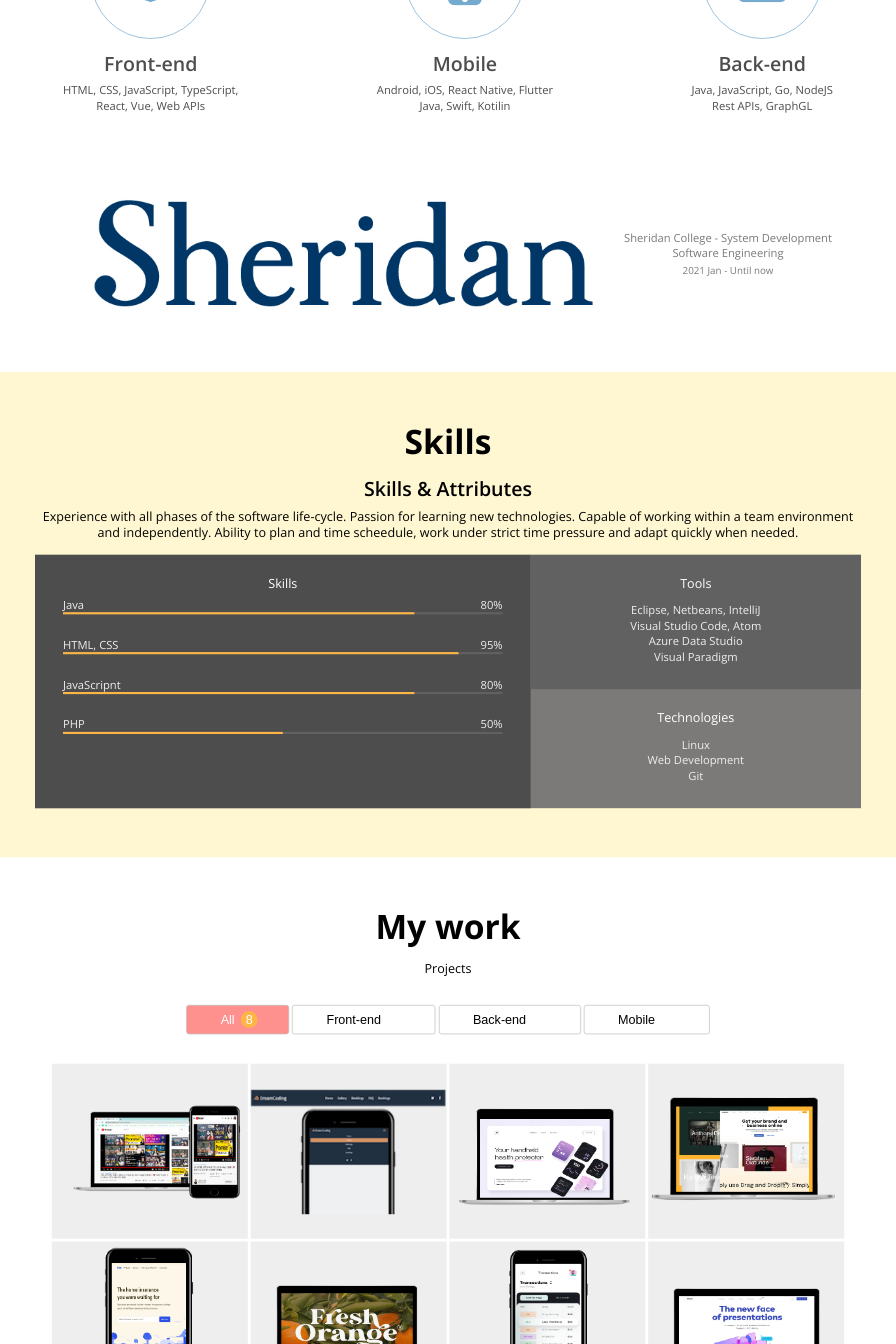
Repository: jennyjjung/portfolio.v0
Page: index.html
The author's editor kept a copy of each file at every save. The page is drawn from the files as they stood at one save, then again after the next save.
The browser window is 1280 px wide. The pictures show the part of the page from y = 1101 to 3021 px (the page is 4226 px tall before and 4039 px after), at 70% of full size.
Some web libraries are served in a nearby version.

Above is the page before, as saved 2022-02-28 11:58:58.

### index.html
<!DOCTYPE html>
<html lang="en">

<head>
  <meta charset="UTF-8">
  <meta http-equiv="X-UA-Compatible" content="IE=edge">
  <meta name="viewport" content="width=device-width, initial-scale=1.0">
  <title>Jenny's Portfolio</title>
  <meta name="description" content="Portfolio for world-renowned software engineer Jenny">
  <meta nema="author" content="Jenny">
  <link rel="icon" type="image/png" href="imgs/favicon.png" />
  <script src="https://kit.fontawesome.com/3a426e8432.js" crossorigin="anonymous"></script>
  <link rel="preconnect" href="https://fonts.googleapis.com">
  <link rel="preconnect" href="https://fonts.gstatic.com" crossorigin>
  <link href="https://fonts.googleapis.com/css2?family=Open+Sans:wght@400;600;700&display=swap" rel="stylesheet">
  <link rel="stylesheet" href="style.css" />
  <script src="main.js" defer></script>
</head>

<body>
  <!-- Navbar -->
  <nav id="navbar">
    <div class="navbar__logo">
      <i class="fab fa-diaspora"></i>
      <a href="#">Jenny</a>
    </div>
    <div class="navbar__menu">
        <li class="navbar__menu__item active" data-link="#home">Home</li>
        <li class="navbar__menu__item" data-link="#about">About</li>
        <li class="navbar__menu__item" data-link="#skills">Skills</li>
        <li class="navbar__menu__item" data-link="#work">My Work</li>
        <li class="navbar__menu__item" data-link="#testimonials">Testimonial</li>
        <li class="navbar__menu__item" data-link="#contact">Contact</li>
    </div>

    <!-- Toggel button -->
    <button class="navbar__toggle-btn">
      <i class="fas fa-bars"></i>
    </button>



  </nav>

  <!-- Home -->
  <section id="home">
    <div class= "home__container">
      <img src="imgs/profile.png" alt="Jenny's profile photo" class="home__avartar">
      <h1 class="home__title">Hello, <br>I am a Dream Coder!</h1>
      <h2 class="home__description">A Software Engineer currently residing in Ontario, Canada.</h2>
      <button class="home__contact">Contact Me</button>
    </div>
  </section>

  <!-- About -->
  <section id="about" class="section section__container">
    <h1>About me</h1>
    <p>
      Lorem ipsum dolor sit amet, consectetur adipisicing elit. Reiciendis, sit ex eos deserunt suscipit nobis
      aspernatur iste laudantium quibusdam aut, error iusto porro ut fuga corporis quis expedita, odit beatae?
    </p>
    <div class="about__majors">
      <div class="major">
        <div class="major__icon">
          <i class="fab fa-css3-alt"></i>
        </div>
        <h2 class="major__title">Front-end</h2>
        <div class="major__description">HTML, CSS, JavaScript, TypeScript, <br>React, Vue, Web APIs</div>
      </div>
      <div class="major">
        <div class="major__icon">
          <i class="fas fa-mobile-alt"></i>
        </div>
        <h2 class="major__title">Mobile</h2>
        <div class="major__description">Android, iOS, React Native, Flutter<br>Java, Swift, Kotilin</div>
      </div>
      <div class="major">
        <div class="major__icon">
          <i class="fas fa-server"></i>
        </div>
        <h2 class="major__title">Back-end</h2>
        <div class="major__description">Java, JavaScript, Go, NodeJS<br>Rest APIs, GraphGL</div>
      </div>
    </div>
    <div class="about__org">
      <div class="org">
        <img src="imgs/Sheridan_College_Logo.png" alt="Sheridan College" class="org__logo">
        <div class="job__description">
          <p class="org__name">Sheridan College - System Development Software Engineering</p>
          <p class="org__period">2021 Jan - Until now</p>
        </div>
      </div>
    </div>
  </section>

  <!-- Skills -->
  <section id="skills" class="section">
    <div class="section__container">
      <h1>Skills</h1>
      <h2>Skills & Attributes</h2>
      <p>
        Experience with all phases of the software life-cycle. Passion for learning new technologies. Capable of working
        within a team environment and independently. Ability to plan and time scheedule, work under strict time pressure
        and adapt quickly when needed.
      </p>

      <div class="skillset">
        <div class="skillset__left">
          <h3 class="skillset_title">Skills</h3>
          <div class="skill">
            <div class="skill_description">
              <span>Java</span>
              <span>80%</span>
            </div>
            <div class="skill__bar">
              <div class="skill__value" style="width:80%;"></div>
            </div>
          </div>
          <div class="skill">
            <div class="skill_description">
              <span>HTML, CSS</span>
              <span>95%</span>
            </div>
            <div class="skill__bar">
              <div class="skill__value" style="width:90%;"></div>
            </div>
          </div>
          <div class="skill">
            <div class="skill_description">
              <span>JavaScripnt</span>
              <span>80%</span>
            </div>
            <div class="skill__bar">
              <div class="skill__value" style="width:80%;"></div>
            </div>
          </div>
          <div class="skill">
            <div class="skill_description">
              <span>PHP</span>
              <span>50%</span>
            </div>
            <div class="skill__bar">
              <div class="skill__value" style="width:50%;"></div>
            </div>
          </div>
        </div>

        <div class="skillset__right">
          <div class="tools">
            <h3 class="skillset_title">Tools</h3>
            <ul class="tools__list">
              <li><span>Eclipse, Netbeans, IntelliJ</span></li>
              <li><span>Visual Studio Code, Atom</span></li>
              <li><span>Azure Data Studio</span></li>
              <li><span>Visual Paradigm</span></li>
            </ul>
          </div>
          <div class="technologies">
            <h3 class="skillset_title">Technologies</h3>
            <ul class="tools__list">
              <li><span>Linux</span></li>
              <li><span>Web Development</span></li>
              <li><span>Git</span></li>
            </ul>
          </div>
        </div>
      </div>
    </div>
  </section>

  <!-- Work -->
  <section id="work" class="section">
    <div class="section__container">
      <h1>My work</h1>
      <h3>Projects</h3>
      <div class="work__categories">
        <button class="category__btn selected" data-filter="*">All <span class="category__count">8</span></button>
        <button class="category__btn" data-filter="front-end">Front-end <span class="category__count">3</span></button>
        <button class="category__btn" data-filter="back-end">Back-end <span class="category__count">3</span></button>
        <button class="category__btn" data-filter="mobile">Mobile <span class="category__count">2</span></button>
      </div>

      <div class="work__projects">
        <a href="#" class="project" target="blank" data-type="front-end">
          <img class="project__img" src="imgs/projects/project1.png" alt="project1">
          <div class="project__description">
            <h3>Youtube Site</h3>
            <span>Clone coding with HTML and CSS</span>
          </div>
        </a>


        <a href="#" class="project" target="blank" data-type="back-end">
          <img class="project__img" src="imgs/projects/project2.png" alt="project2">
          <div class="project__description">
            <h3>project2</h3>
            <span>Clone coding with HTML and CSS</span>
          </div>
        </a>

        <a href="#" class="project" target="blank" data-type="front-end">
          <img class="project__img" src="imgs/projects/project3.png" alt="project3">
          <div class="project__description">
            <h3>project3</h3>
            <span>Clone coding with HTML and CSS</span>
          </div>
        </a>

        <a href="#" class="project" target="blank" data-type="back-end">
          <img class="project__img" src="imgs/projects/project4.png" alt="project4">
          <div class="project__description">
            <h3>project4</h3>
            <span>Clone coding with HTML and CSS</span>
          </div>
        </a>

        <a href="#" class="project" target="blank" data-type="mobile">
          <img class="project__img" src="imgs/projects/project5.png" alt="project5">
          <div class="project__description">
            <h3>project5</h3>
            <span>Clone coding with HTML and CSS</span>
          </div>
        </a>


        <a href="#" class="project" target="blank" data-type="front-end">
          <img class="project__img" src="imgs/projects/project6.png" alt="project6">
          <div class="project__description">
            <h3>project6</h3>
            <span>Clone coding with HTML and CSS</span>
          </div>
        </a>


        <a href="#" class="project" target="blank" data-type="mobile">
          <img class="project__img" src="imgs/projects/project7.png" alt="project7">
          <div class="project__description">
            <h3>project7</h3>
            <span>Clone coding with HTML and CSS</span>
          </div>
        </a>


        <a href="#" class="project" target="blank" data-type="back-end">
          <img class="project__img" src="imgs/projects/project8.png" alt="project8">
          <div class="project__description">
            <h3>project8</h3>
            <span>Clone coding with HTML and CSS</span>
          </div>
        </a>
      </div>
    </div>
  </section>

  <!-- Testimonials -->
  <section id="testimonials" class="section">
    <div class="section__container">
      <h1>Testimonials</h1>
      <h3>See what they say about me</h3>
      <div class="testimonials">
        <div class="testimonial">
          <img src="imgs/testimonial/bob.jpg" alt="People" class="testimonial__avatar">
          <div class="testimonial__speech-bubble">
            <p>Lorem ipsum dolor sit amet consectetur adipisicing elit. Laboriosam, labore rem? Totam, vitae. Explicabo accusantium fuga, blanditiis dicta placeat ducimus delectus incidunt atque illo debitis nemo exercitationem animi consequatur rerum.</p>
            <p class="name"><a href="#">Ellie </a>/ Samsung</p>
          </div>
        </div>
      </div>

      <div class="testimonials">
        <div class="testimonial">
          <div class="testimonial__speech-bubble">
            <p>Lorem ipsum dolor sit amet consectetur adipisicing elit. Laboriosam, labore rem? Totam, vitae. Explicabo accusantium fuga, blanditiis dicta placeat ducimus delectus incidunt atque illo debitis nemo exercitationem animi consequatur rerum.</p>
            <p class="name"><a href="#">Chris </a>/ Samsung</p>
          </div>
          <img src="imgs/testimonial/bob.jpg" alt="People" class="testimonial__avatar">
        </div>
      </div>
    </div>

  </section>

  <!-- Contact -->
  <section id="contact" class="section">
    <h1 class="contact__title">Let's talk</h1>
    <h2 class="contact__email">jungjuyo@sheridancollege.ca</h2>
    <div class="contact__links">
      <a href="https://github.com/jennyjjung" target="_blank">
        <i class="fa fa-github"></i>
      </a>
      <a href="https://www.linkedin.com/in/jennyjjung" target="_blank">
        <i class="fa fa-linkedin-square"></i>
      </a>
    </div>
    <p class="contact__rights">2021 Jenny Juyoung Jung - All reights reserved</p>
  </section>

  <!-- Arrow up-->
  <button class="arrow-up">
    <i class="fa-solid fa-arrow-up"></i>
  </button>
</body>

</html>

### style.css
/* Global */
:root {
  /* Color */
  --color-white: #ffffff;
  --color-light-white: #eeeeee;
  --color-dark-white: #bdbdbd;
  --color-pink: #fe918d;
  --color-dark-pink: #ff6863;
  --color-dark-grey: #4d4d4d;
  --color-grey: #616161;
  --color-light-grey: #7c7979;
  --color-blue: #73aace;
  --color-yellow: #fff7d1;
  --color-orange: #feb546;
  --color-black: #000000;

  /* Font weight */
  --weight-bold: 700;
  --weight-semi-bold: 600;
  --weight-regular: 400;

  /* Font Size */
  --font-large: 48px;
  --font-medium: 28px;
  --font-regular: 18px;
  --font-small: 16px;
  --font-micro: 14px;

  /* Size */
  --size-border-radius: 4px;

  /* Animation */
  --animation-duration: 300ms;
}

/* Universal tags */
* {
  box-sizing: border-box;
}

body {
  margin: 0;
  font-family: "Open Sans", sans-serif;
  cursor: default;
}

a {
  text-decoration: none;
  color: var(--color-white);
}

ul {
  list-style: none;
  padding-left: 0;
}

li {
  list-style: none;
}

button {
  background-color: transparent;
  cursor: pointer;
  border: none;
  outline: none;
}

/* Typography */
h1 {
  font-size: var(--font-large);
  font-weight: var(--weight-bold);
  color: var(--color-black);
  margin: 16px 0px;
}

h2 {
  font-size: var(--font-medium);
  font-weight: var(--weight-semi-bold);
  color: var(--color-black);
  margin: 8px 0;
}

h3 {
  font-size: var(--font-regular);
  font-weight: var(--weight-regular);
  color: var(--color-black);
  margin: 8px 0;
}

p {
  font-size: var(--font-regular);
  font-weight: var(--weight-regular);
  color: var(--color-black);
  margin: 4px 0;
}

/* Navbar */
#navbar {
  position: fixed;
  width: 100%;
  display: flex;
  justify-content: space-between;
  background-color: transparent;
  align-items: center;
  color: var(--color-white);
  padding: 16px;
  transition: all var(--animation-duration) ease-in-out;
  z-index: 1;
}

#navbar.navbar--dark {
  background-color: var(--color-pink);
  padding: 5px;
}

.navbar__menu {
  display: flex;
}

.navbar__logo {
  font-size: var(--font-medium);
  font-weight: var(--weight-semi-bold);
}

.navbar__menu__item {
  padding: 8px 12px;
  margin: 0 4px;
  cursor: pointer;
  color: var(--color-white);
  border: 1px solid transparent;
  border-radius: var(--size-border-radius);
}

.navbar__menu__item:hover {
  border-color: var(--color-white);
  background-color: var(--color-dark-pink);
}

.navbar__toggle-btn {
  position: absolute;
  right: 32px;
  font-size: 24px;
  color: var(--color-white);
  top: 24px;
  display: none;
}

/* Home */
#home {
  background: url("imgs/homebackground.png") center/cover no-repeat;
  padding: 40px;
  padding-top: 120px;
  text-align: center;
}

.home__avartar {
  width: 250px;
  height: 250px;
  border-radius: 50%;
  border: 2px solid var(--color-light-white);
}

.home__title,
.home__description {
  color: var(--color-white);
}

.home__contact {
  color: var(--color-light-white);
  font-size: var(--font-regular);
  font-weight: var(--weight-bold);
  margin: 24px;
  padding: 8px 12px;
  border: 2px solid var(--color-light-white);
  border-radius: var(--size-border-radius);
}

.home__contact:hover {
  background-color: var(--color-orange);
}

/* Section common */
.section {
  padding: 50px;
  text-align: center;
  margin: auto;
}

.section__container {
  max-width: 1200px;
  margin: auto;
}

/* About */
.about__majors {
  display: flex;
  justify-content: space-between;
  margin: 80px 0;
}

.major__icon {
  width: 170px;
  height: 170px;
  line-height: 170px;
  font-size: 70px;
  margin: auto;
  color: var(--color-blue);
  border: 1px solid var(--color-blue);
  border-radius: 50%;
  margin-bottom: 16px;
}

.major__icon i {
  transition: all var(--animation-duration) ease;
}

.major__icon:hover i {
  color: var(--color-pink);
  transform: rotate(-30deg) scale(1.1);
}

.major__title,
.major__description {
  color: var(--color-dark-grey);
}

.major__description {
  font-size: var(--font-small);
}

.org {
  display: flex;
  align-items: center;
}

.org img {
  width
}

.org__description {
  margin: 0 16px;
  text-align: left;
}

.org__name,
.org__period {
  color: var(--color-light-grey);
}

.org__name {
  font-size: var(--font-small);
}

.org__period {
  font-size: var(--font-micro);
}

/* Skill */

#skills {
  background-color: var(--color-yellow);
}

.skillset {
  display: flex;
  background-color: var(--color-light-grey);
  color: var(--color-light-white);
  margin: 20px 0;
}

.skillset_title {
  color: var(--color-white);
}

.skillset__left {
  flex-basis: 60%;
  background-color: var(--color-dark-grey);
  padding: 20px 40px;
}

.skill {
  margin-bottom: 32px;
}

.skill_description {
  display: flex;
  justify-content: space-between;
}

.skill__bar {
  width: 100%;
  height: 3px;
  background-color: var(--color-grey);
}

.skill__value {
  height: 3px;
  background-color: var(--color-orange);
}

.skillset__right {
  flex-basis: 40%;
}

.tools {
  background-color: var(--color-grey);
}

.tools,
.technologies {
  padding: 20px;
}

/* Work */

.work__categories {
  margin: 40px;
}
.category__btn {
  border: 1px solid var(--color-dark-white);
  border-radius: var(--size-border-radius);
  font-size: var(--font-regular);
  padding: 8px 48px;
}

.category__btn.selected,
.category__btn:hover {
  background-color: var(--color-pink);
  color: var(--color-white);
}

.category__btn.selected .category__count,
.category__btn:hover .category__count {
  opacity: 1;
  top: 0;
}

.category__count {
  background-color: var(--color-orange);
  border-radius: 50%;
  color: var(--color-white);
  width: 24px;
  line-height: 24px;
  display: inline-block;
  position: relative;
  top: -20px;
  left: 4px;
  opacity: 0;
  transition: all var(--animation-duration);
}

.work__projects {
  display: flex;
  flex-wrap: wrap;
  justify-content: center;
  opacity: 1;
  transition: all var(--animation-duration) ease-out;
}

.work__projects.anim-out {
  opacity: 0;
  transform: scale(0.96) translateY(40px);
}

.project {
  display: flex;
  justify-content: center;
  align-items: center;
  position: relative;
  width: 280px;
  height: 250px;
  margin: 2px;
  background-color: var(--color-light-white);
}

.project.invisible {
  display: none;
}

.project__img {
  max-width: 100%;
  max-height: 100%;
}

.project__description {
  display: flex;
  flex-direction: column;
  justify-content: center;
  background-color: black;
  position: absolute;
  top: 0;
  left: 0;
  width: 100%;
  height: 100%;
  opacity: 0;
  transform: translateY(10px);
  transition: all var(--animation-duration) ease;
}

.project:hover .project__description {
  opacity: 0.8;
  transform: translateY(0px);
}

.project__description h3 {
  color: var(--color-orange);
}

.project__description h3:after {
  content: "";
  display: block;
  position: relative;
  left: 50%;
  width: 50px;
  height: 2px;
  transform: translateX(-50%);
  margin-top: 8px;
  background-color: var(--color-dark-white);
}

/* Testimonials */

#testimonials {
  background-color: var(--color-light-white);
}

.testimonials {
  margin: 40px;
}

.testimonial {
  display: flex;
  margin: 32px 0;
}

.testimonial__avatar {
  width: 150px;
  height: 150px;
  border-radius: 50%;
}

.testimonial__avatar:nth-child(odd) {
  margin-right: 40px;
}

.testimonial__avatar:nth-child(even) {
  margin-left: 40px;
}

.testimonial__speech-bubble {
  padding: 18px;
  background-color: var(--color-white);
  border-radius: var(--size-border-radius);
}

.testimonial__speech-bubble p {
  color: var(--color-light-grey);
}

.testimonial__speech-bubble a {
  color: var(--color-pink);
}

/* Contact */

#contact {
  background-color: var(--color-pink);
}

.contact__title,
.contact__email,
.contact__rights {
  color: var(--color-white);
}

.contact__title {
  margin: 32px 0;
}

.contact__links {
  font-size: var(--font-large);
  margin: 24px 0;
  transition: all var(--animation-duration);
}

.contact__links i:hover {
  transform: scale(1.1);
  color: var(--color-light-grey);
}

/* Scroll */
.arrow-up {
  position: fixed;
  bottom: 50px;
  right: 50px;
  width: 70px;
  height: 70px;
  font-size: 50px;
  color: var(--color-white);
  background-color: var(--color-pink);
  border-radius: 50%;
  opacity: 0;
  pointer-events: none;
  transition: opacity 300ms ease-in;
}

.arrow-up.visible {
  opacity: 1;
  pointer-events: auto;
}

/* For below 768px screen width */
@media screen and (max-width: 768px) {
  :root {
    /* Font Size */
    --font-large: 30px;
    --font-medium: 18px;
    --font-regular: 16px;
    --font-small: 14px;
    --font-micro: 12px;
  }
  .navbar__toggle-btn {
    display: block;
  }

  #navbar {
    flex-direction: column;
    align-items: flex-start;
    background-color: var(--color-pink);
  }

  #navbar.navbar--dark {
    padding: 16px;
  }

  .navbar__menu {
    flex-direction: column;
    text-align: center;
    width: 100%;
    display: none;
  }

  .navbar__menu.open {
    display: block;
  }

  .section {
    padding: 16px;
  }

  .about__majors {
    flex-direction: column;
  }

  .major {
    margin-bottom: 38px;
  }

  .skillset {
    flex-direction: column;
  }

  .project {
    flex-grow: 1;
  }

  .testimonial__avatar {
    width: 80px;
    height: 80px;
  }
}

Loaded but not shown: main.js (119 lines, source omitted)

After the next save:
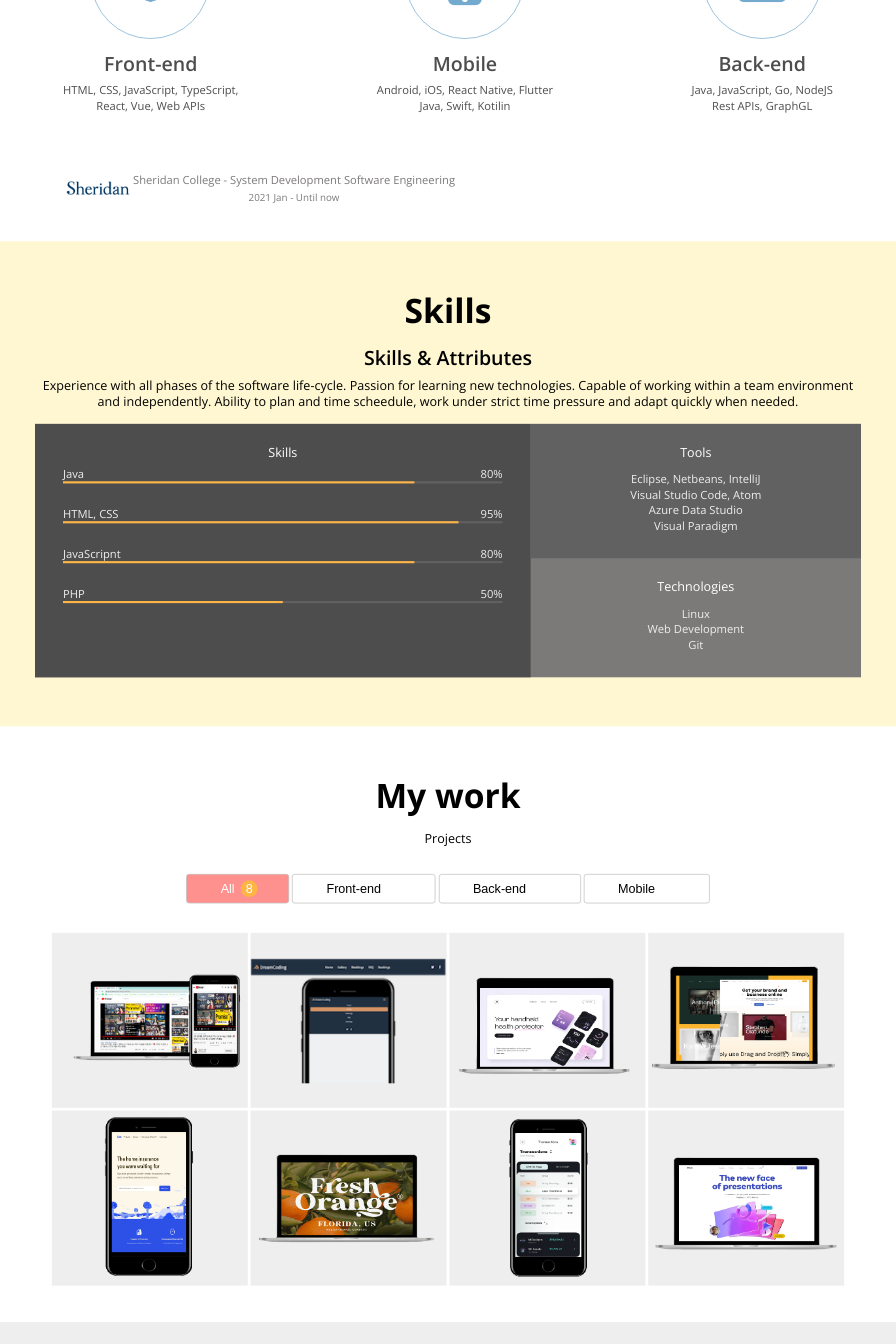
Saved 18 s later.
--- a/style.css
+++ b/style.css
@@ -234,7 +234,7 @@ p {
 }
 
 .org img {
-  width
+  width: 100px;
 }
 
 .org__description {
